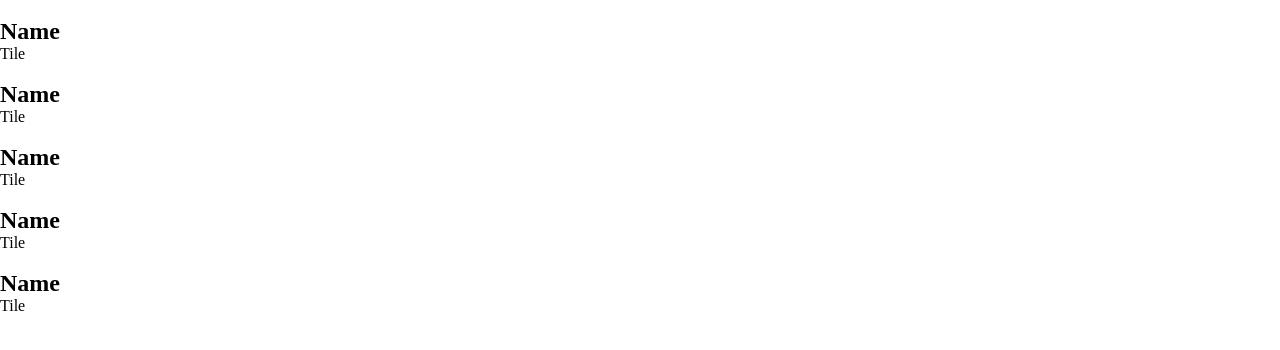
Repository: brandontaylor1/testimonial-card
Page: index.html
These files come from the project's save history. The page is drawn as it stood at one moment and after the next save; the edit follows.
The browser window is 1280 px wide. The pictures show the whole page.

Above is the page before, as saved 2025-01-10 22:22:26.

### index.html
<!DOCTYPE html>
<html lang="en">
<head>
    <meta charset="UTF-8">
    <meta name="viewport" content="width=device-width, initial-scale=1.0">
    <link rel="preconnect" href="https://fonts.googleapis.com">
    <link rel="preconnect" href="https://fonts.gstatic.com" crossorigin>
    <link href="https://fonts.googleapis.com/css2?family=Barlow+Semi+Condensed:ital,wght@0,100;0,200;0,300;0,400;0,500;0,600;0,700;0,800;0,900;1,100;1,200;1,300;1,400;1,500;1,600;1,700;1,800;1,900&display=swap" rel="stylesheet">
    <link rel="stylesheet" href="styles.css">
    <title>Testimonial Grid </title>
</head>
<body>
    <section class="container">
        <main class="testimonial-grid">
            <div class="card">
                <div class="profile-content">
                    <img src="" alt="" class="profile-img">
                    <div class="profile-text">
                        <h2>Name</h2>
                        <p>Tile</p>
                    </div>
                </div>
                <h1 class="card-heading"></h1>
                <h2 class="card-subheading"></h2>
            </div>
            <div class="card">
                <div class="profile-content">
                    <img src="" alt="" class="profile-img">
                    <div class="profile-text">
                        <h2>Name</h2>
                        <p>Tile</p>
                    </div>
                </div>
                <h1 class="card-heading"></h1>
                <h2 class="card-subheading"></h2>
            </div>
            <div class="card">
                <div class="profile-content">
                    <img src="" alt="" class="profile-img">
                    <div class="profile-text">
                        <h2>Name</h2>
                        <p>Tile</p>
                    </div>
                </div>
                <h1 class="card-heading"></h1>
                <h2 class="card-subheading"></h2>
            </div>
            <div class="card">
                <div class="profile-content">
                    <img src="" alt="" class="profile-img">
                    <div class="profile-text">
                        <h2>Name</h2>
                        <p>Tile</p>
                    </div>
                </div>
                <h1 class="card-heading"></h1>
                <h2 class="card-subheading"></h2>
            </div>
            <div class="card">
                <div class="profile-content">
                    <img src="" alt="" class="profile-img">
                    <div class="profile-text">
                        <h2>Name</h2>
                        <p>Tile</p>
                    </div>
                </div>
                <h1 class="card-heading"></h1>
                <h2 class="card-subheading"></h2>
            </div>
        </main>
    </section>
</body>
</html>

### styles.css
* {
    margin: 0;
    padding: 0;
    box-sizing: border-box;
}

:root {

    --primary-moderate-violet: hsl(263, 55%, 52%);
    --primary-very-dark-grayish-blue: hsl(217, 19%, 35%);
    --primary-very-dark-blackish-blue: hsl(219, 29%, 14%);
    --primary-white: hsl(0, 0%, 100%);

    --secondary-neurtal-light-gray: hsl(0, 0%, 81%);
    --seconday-light-grayish-blue: hsl(210, 46%, 95%);
}

After the next save:
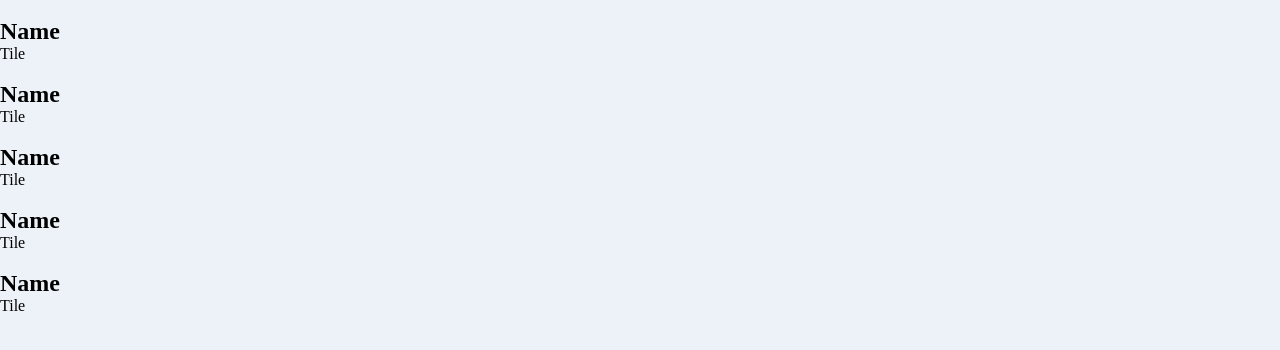
Saved 3 min 3 s later.
--- a/styles.css
+++ b/styles.css
@@ -14,3 +14,7 @@
     --secondary-neurtal-light-gray: hsl(0, 0%, 81%);
     --seconday-light-grayish-blue: hsl(210, 46%, 95%);
 }
+
+body {
+    background-color: #ECF2F8;
+}
